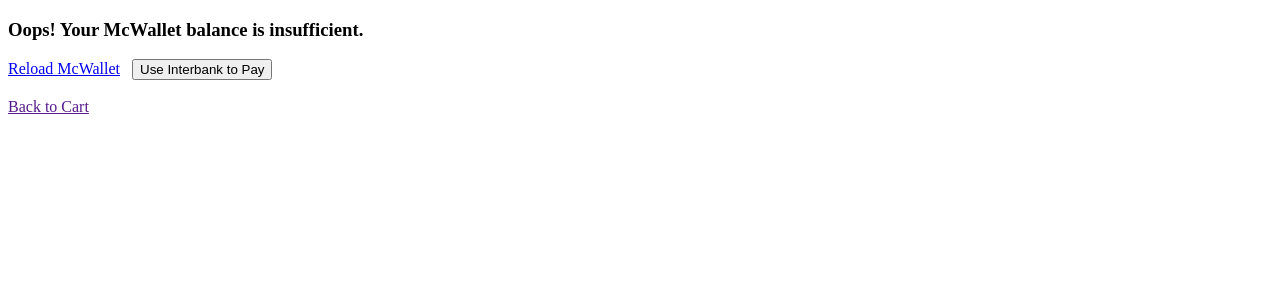
Repository: Jeck97/Mcdonald-Delivery-System
Page: McDelivery/WebContent/placeOrder/insufficientBalancePage.html
The author's editor kept a copy of each file at every save. The page is drawn from the files as they stood at one save, then again after the next save.
The browser window is 1280 px wide. The pictures show the whole page.

Above is the page before, as saved 2020-07-11 16:26:07.

### McDelivery/WebContent/placeOrder/insufficientBalancePage.html
<!DOCTYPE html>
<html>
<head>
<meta charset="ISO-8859-1">
<title>Insufficient Balance Page</title>
</head>
<body>

	<h3>Oops! Your McWallet balance is insufficient.</h3>

	<form id="switch_method" action="paymentServlet" method="post"></form>
	<a href="../reloadMcWallet/reloadForm.jsp">Reload McWallet</a> &nbsp;
	<a><input type="submit" value="Use Interbank to Pay"></a><br><br>
	<a href="">Back to Cart</a>

</body>
</html>

After the next save:
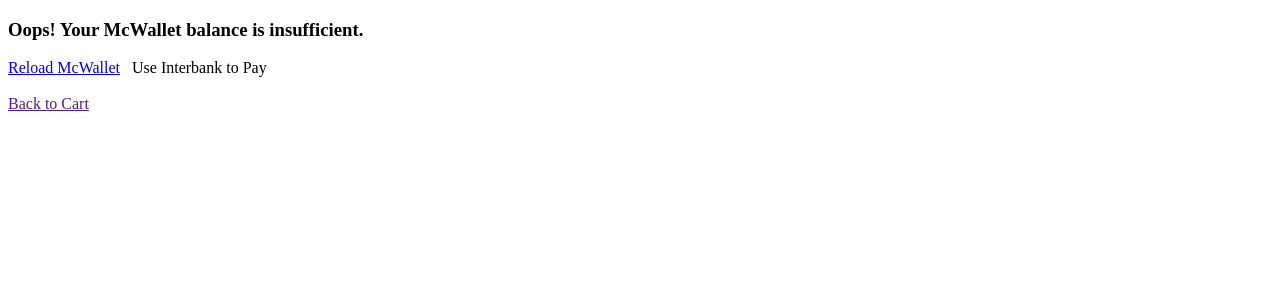
Saved 73 s later.
--- a/McDelivery/WebContent/placeOrder/insufficientBalancePage.html
+++ b/McDelivery/WebContent/placeOrder/insufficientBalancePage.html
@@ -10,7 +10,7 @@
 
 	<form id="switch_method" action="paymentServlet" method="post"></form>
 	<a href="../reloadMcWallet/reloadForm.jsp">Reload McWallet</a> &nbsp;
-	<a><input type="submit" value="Use Interbank to Pay"></a><br><br>
+	<a type="submit">Use Interbank to Pay</a><br><br>
 	<a href="">Back to Cart</a>
 
 </body>
